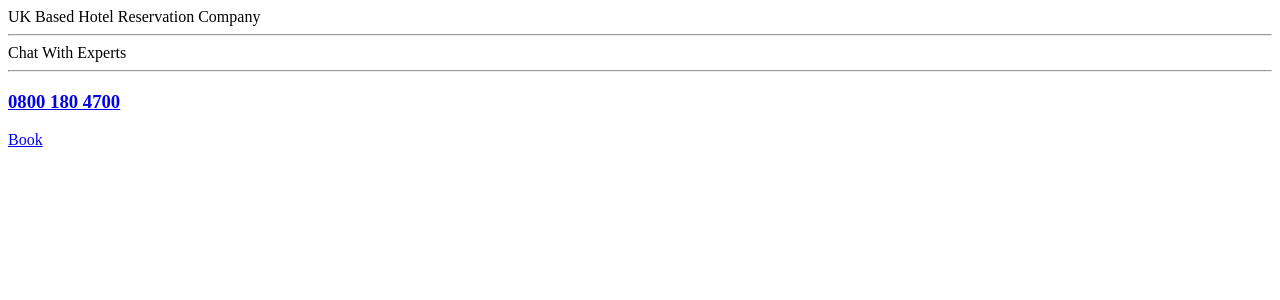
Repository: HackITtoday/newhotel
Page: app/Angular Blocks/heading-block.html
The author's editor kept a record of every edit. The page is drawn from the files as they stood at one moment, then again after the next edit.
The browser window is 1280 px wide. The pictures show the whole page.

Above is the page before.

After the next edit:
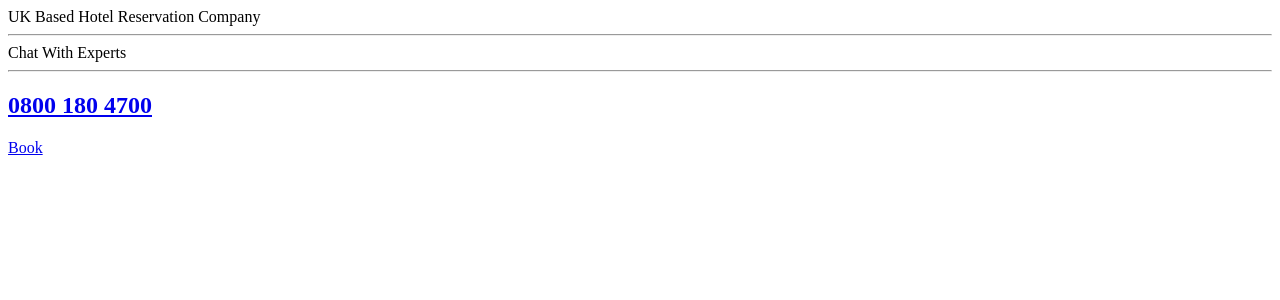
The edit:
--- a/app/Angular Blocks/heading-block.html
+++ b/app/Angular Blocks/heading-block.html
@@ -20,7 +20,7 @@
         <div class="row">
             <div id="headtel">
 
-                <h3><a href="0800 180 4700">0800 180 4700</a></h3>
+                <h2><a href="0800 180 4700">0800 180 4700</a></h2>
             </div>
         </div>
         <!--Book Button-->
